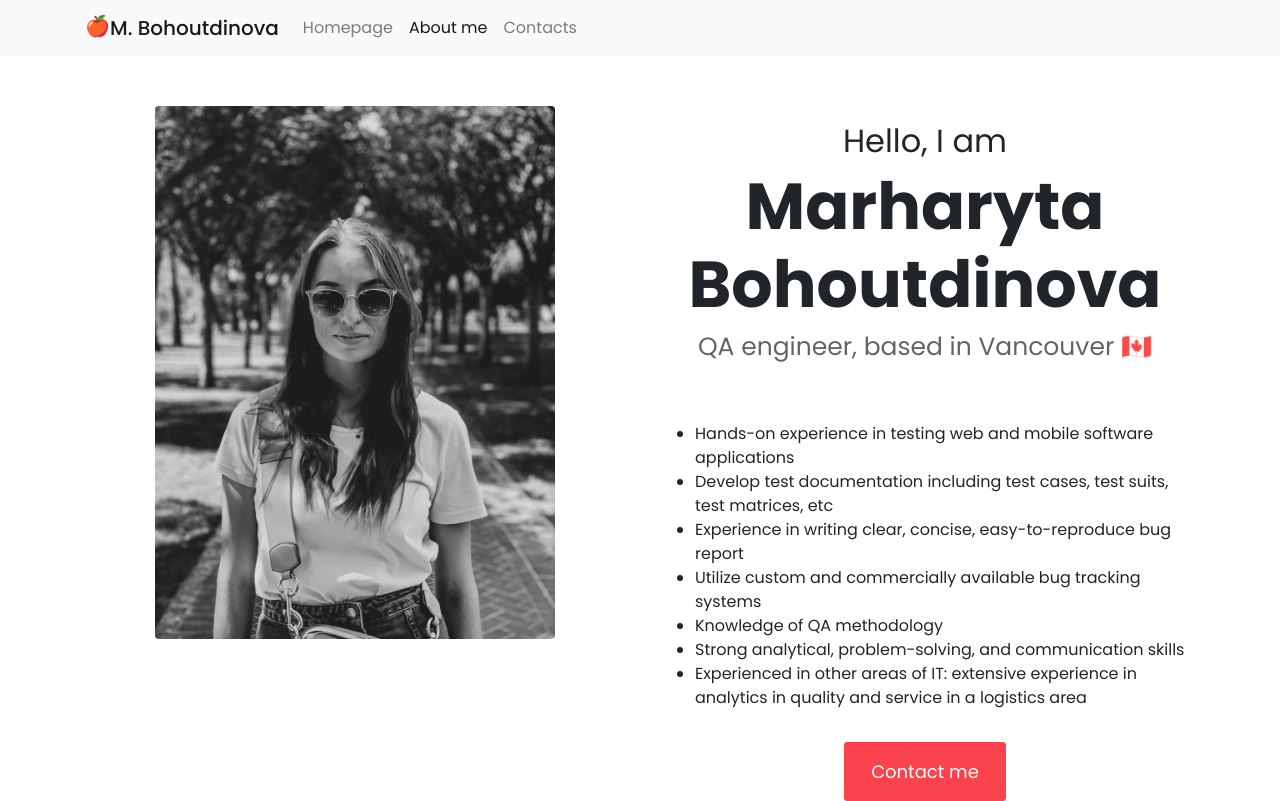
Repository: Bohoutdinova/Portfolio_week-4
Page: about.html
An editor plug-in stored every save of this project. The page is shown before and after the next save, followed by the edit.
The browser window is 1280 px wide. The pictures show the whole page.

Above is the page before, as saved 2022-08-12 15:53:20.

After the next save:
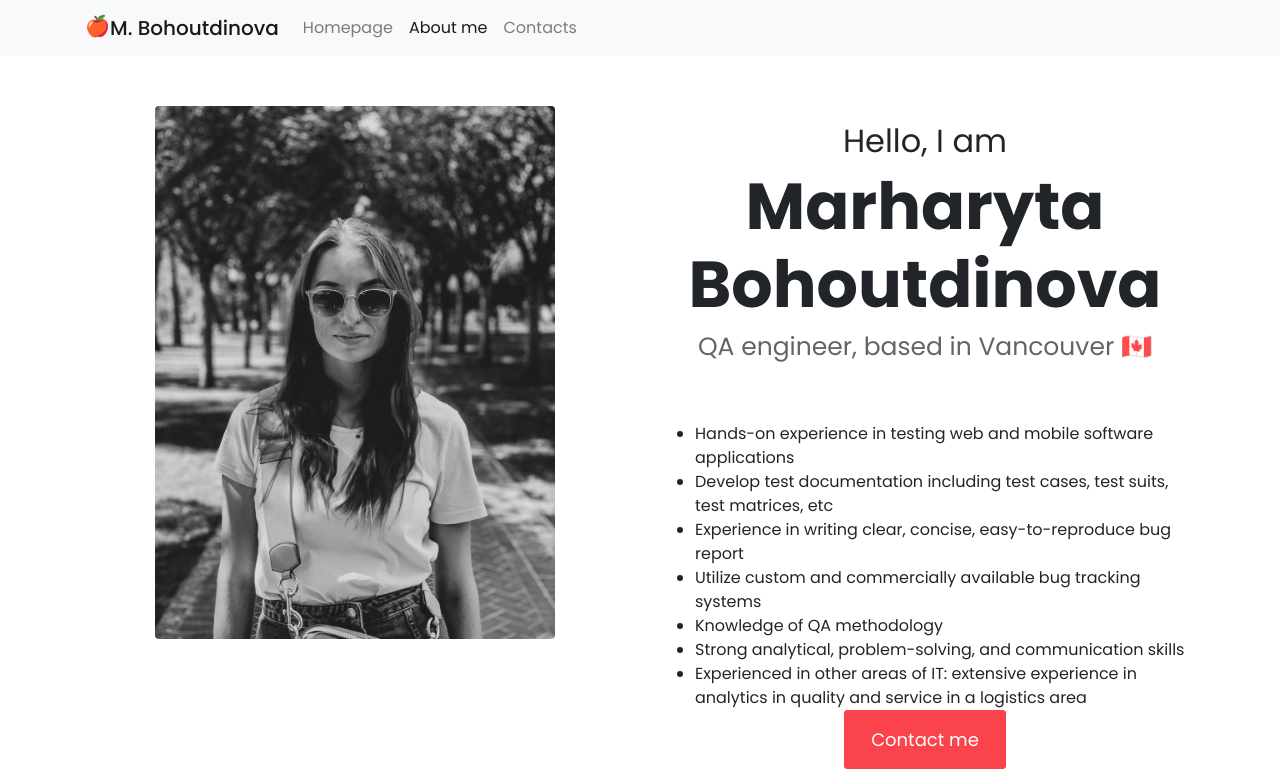
Saved 28 s later.
--- a/about.html
+++ b/about.html
@@ -93,7 +93,7 @@
           <h2>Hello, I am</h2>
           <h1 class="name">Marharyta Bohoutdinova</h1>
           <h3 class="about-role">QA engineer, based in Vancouver 🇨🇦</h3>
-          <ul class="about-description mb-5">
+          <ul class="about-description">
             <li>
               Hands-on experience in testing web and mobile software
               applications
